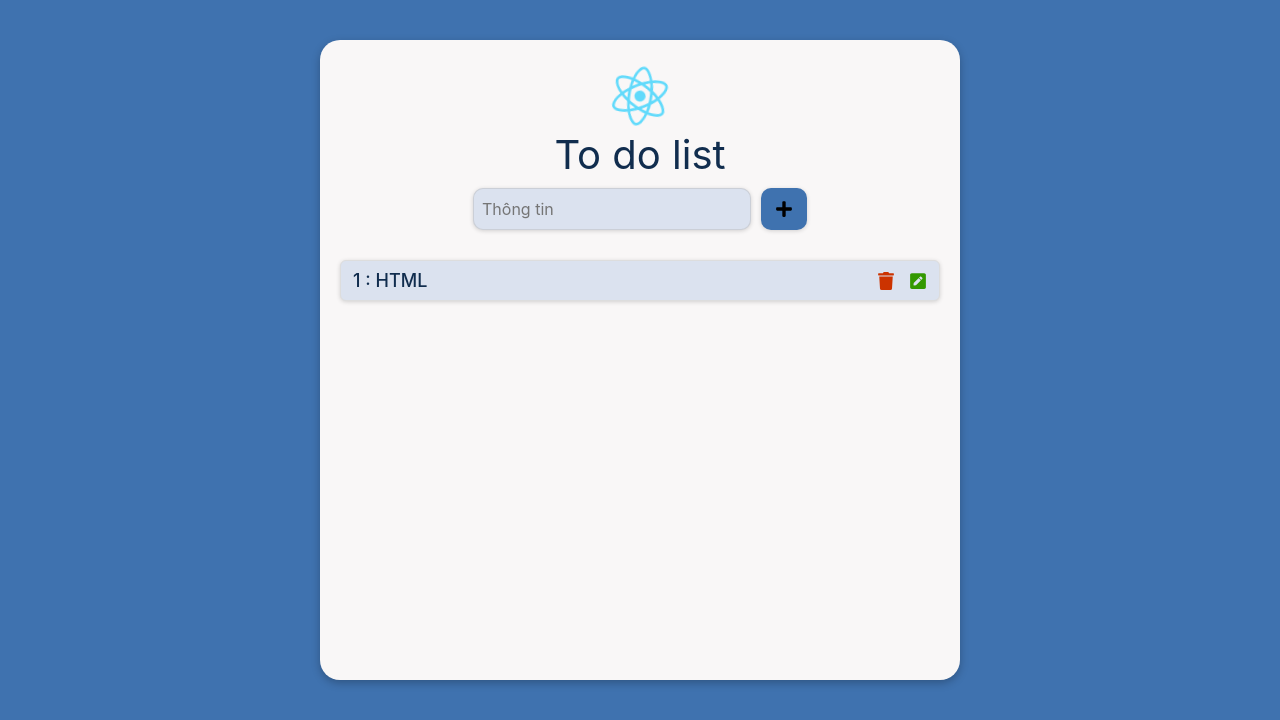
Repository: nguyennam1029/Reactjs-Hoi-Dan-It-1
Page: /About
The author's editor kept a copy of each file at every save. The page is drawn from the files as they stood at one save, then again after the next save.
The browser window is 1280 px wide. The pictures show the whole page.
The project was rebuilt for these pictures with package versions that can differ from the ones it lists, and the page was loaded fresh each time.

Above is the page before, as saved 2022-06-17 01:20:12.

After the next save:
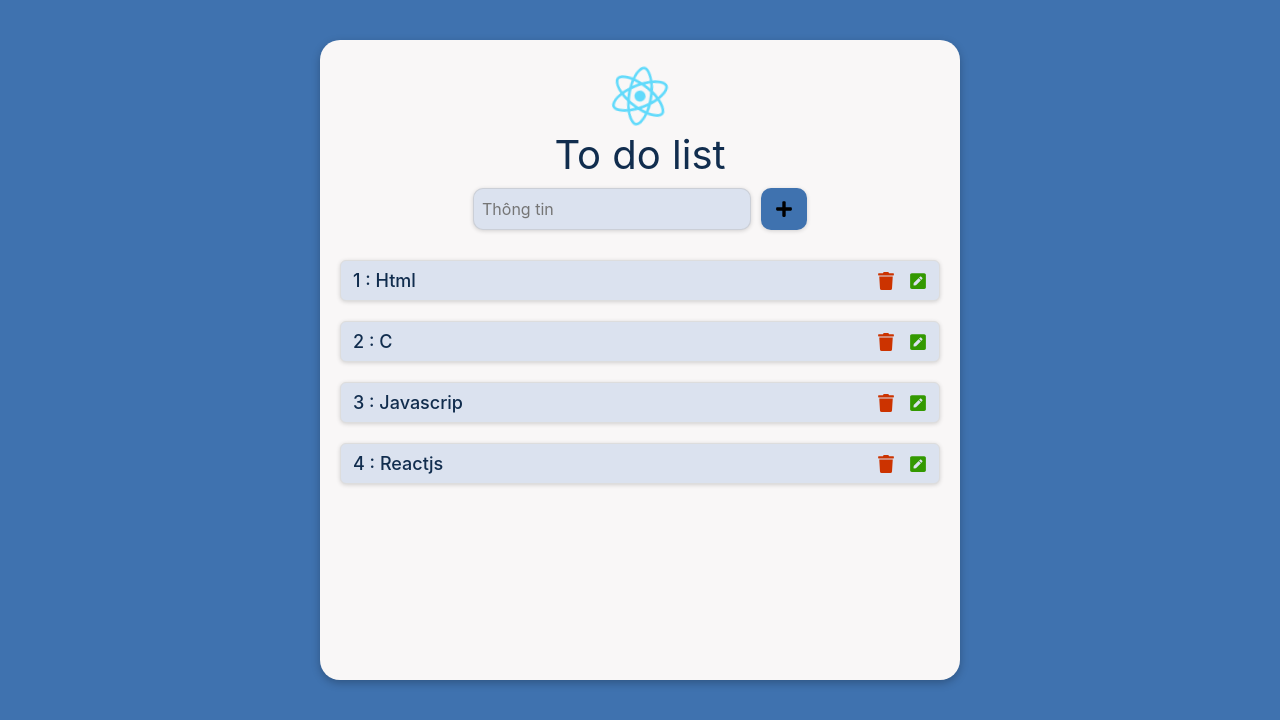
Saved 74 s later.
--- a/src/views/todoApp/listTodo.js
+++ b/src/views/todoApp/listTodo.js
@@ -7,7 +7,10 @@
 class ListTodo extends React.Component {
     state = {
         listTodos : [
-            {id: 'note1', title: 'HTML'},
+            {id: 'note1', title: 'Html'},
+            {id: 'note2', title: 'C'},
+            {id: 'note3', title: 'Javascrip'},
+            {id: 'note4', title: 'Reactjs'},
 
         ]
     }
